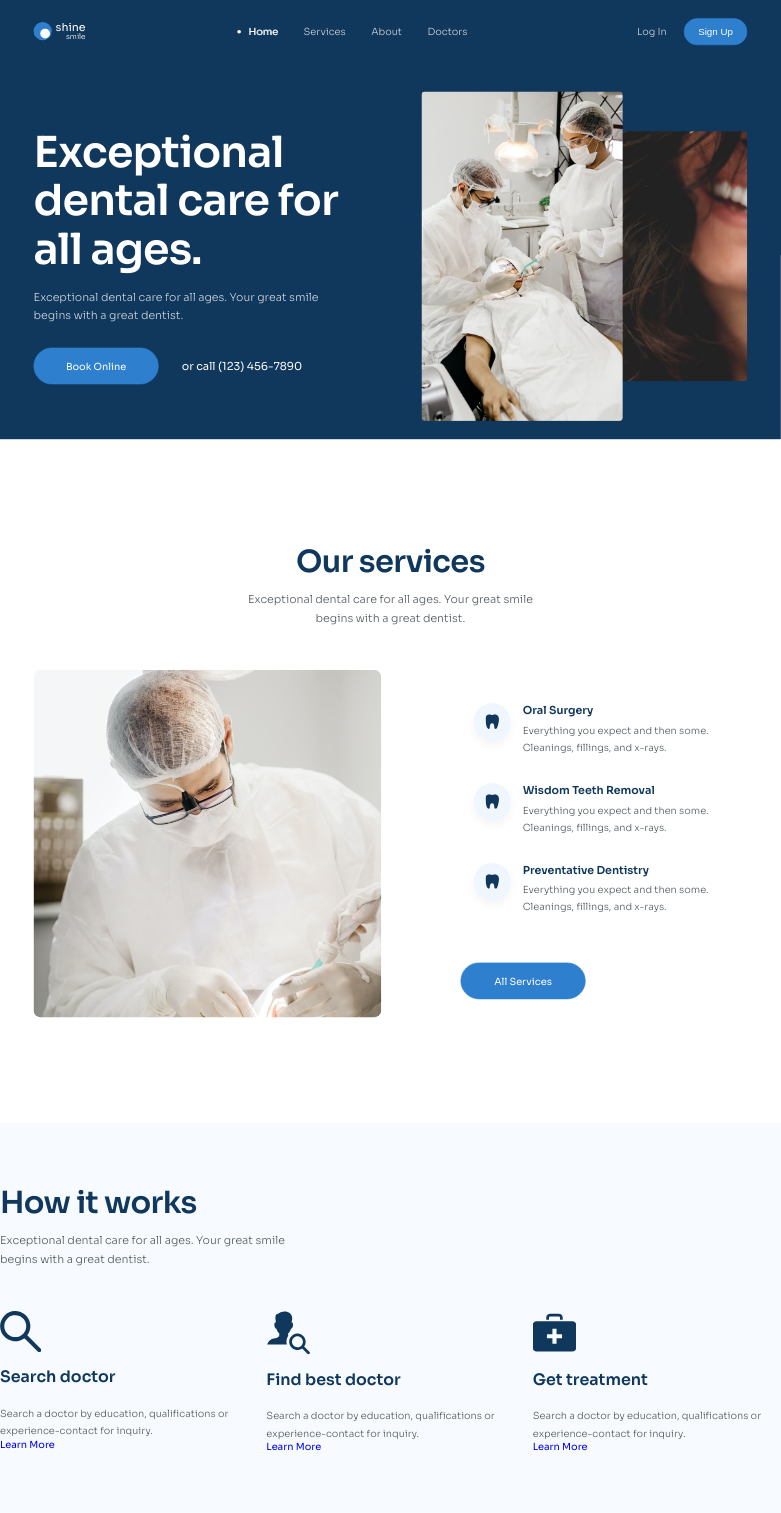
Repository: anhtien111198/f8-htmlcss-03
Page: index.html
The author's editor kept a copy of each file at every save. The page is drawn from the files as they stood at one save, then again after the next save.
The browser window is 1280 px wide. The pictures show the whole page, at 61% of full size.

Above is the page before, as saved 2023-05-13 14:30:09.

### index.html
<!DOCTYPE html>
<html lang="en">
    <head>
        <meta charset="UTF-8" />
        <meta http-equiv="X-UA-Compatible" content="IE=edge" />
        <meta name="viewport" content="width=device-width, initial-scale=1.0" />
        <title>shine smile</title>
        <!-- favicon -->
        <link
            rel="apple-touch-icon"
            sizes="57x57"
            href="./assets/favicon/apple-icon-57x57.png"
        />
        <link
            rel="apple-touch-icon"
            sizes="60x60"
            href="./assets/favicon/apple-icon-60x60.png"
        />
        <link
            rel="apple-touch-icon"
            sizes="72x72"
            href="./assets/favicon/apple-icon-72x72.png"
        />
        <link
            rel="apple-touch-icon"
            sizes="76x76"
            href="./assets/favicon/apple-icon-76x76.png"
        />
        <link
            rel="apple-touch-icon"
            sizes="114x114"
            href="./assets/favicon/apple-icon-114x114.png"
        />
        <link
            rel="apple-touch-icon"
            sizes="120x120"
            href="./assets/favicon/apple-icon-120x120.png"
        />
        <link
            rel="apple-touch-icon"
            sizes="144x144"
            href="./assets/favicon/apple-icon-144x144.png"
        />
        <link
            rel="apple-touch-icon"
            sizes="152x152"
            href="./assets/favicon/apple-icon-152x152.png"
        />
        <link
            rel="apple-touch-icon"
            sizes="180x180"
            href="./assets/favicon/apple-icon-180x180.png"
        />
        <link
            rel="icon"
            type="image/png"
            sizes="192x192"
            href="./assets/favicon/android-icon-192x192.png"
        />
        <link
            rel="icon"
            type="image/png"
            sizes="32x32"
            href="./assets/favicon/favicon-32x32.png"
        />
        <link
            rel="icon"
            type="image/png"
            sizes="96x96"
            href="./assets/favicon/favicon-96x96.png"
        />
        <link
            rel="icon"
            type="image/png"
            sizes="16x16"
            href="./assets/favicon/favicon-16x16.png"
        />
        <link rel="manifest" href="./assets/favicon/manifest.json" />
        <meta name="msapplication-TileColor" content="#ffffff" />
        <meta
            name="msapplication-TileImage"
            content="./assets/favicon/ms-icon-144x144.png"
        />
        <meta name="theme-color" content="#ffffff" />
        <!-- font -->
        <link rel="preconnect" href="https://fonts.googleapis.com" />
        <link rel="preconnect" href="https://fonts.gstatic.com" crossorigin />
        <link
            href="https://fonts.googleapis.com/css2?family=Sora:wght@200;300;400;500;600;700;800&display=swap"
            rel="stylesheet"
        />
        <!-- reset css -->
        <link rel="stylesheet" href="./assets/css/reset.css" />
        <!-- style css -->
        <link rel="stylesheet" href="./assets/css/style.css" />
    </head>
    <body>
        <!-- header -->
        <header class="header">
            <div class="container">
                <!-- header top -->
                <div class="header-top">
                    <!-- logo -->
                    <a href="/">
                        <div class="logo">
                            <span class="logo__circle"></span>
                            <span class="logo__text">
                                <span class="logo__brand">shine</span>
                                <span class="logo__brand logo__brand--small">
                                    smile
                                </span>
                            </span>
                        </div>
                    </a>
                    <!-- navbar -->
                    <nav class="navbar">
                        <ul class="navbar__list">
                            <li class="navbar__item">
                                <a
                                    href="#!"
                                    class="navbar__link navbar__link--active"
                                >
                                    Home
                                </a>
                            </li>
                            <li class="navbar__item">
                                <a href="#!" class="navbar__link">Services</a>
                            </li>
                            <li class="navbar__item">
                                <a href="#!" class="navbar__link">About</a>
                            </li>
                            <li class="navbar__item">
                                <a href="#!" class="navbar__link">Doctors</a>
                            </li>
                        </ul>
                    </nav>
                    <!-- action -->
                    <div class="header-action">
                        <a href="#!" class="header-action__login">Log In</a>
                        <button href="#!" class="btn header-action__signup">
                            Sign Up
                        </button>
                    </div>
                </div>
                <!-- Hero -->
                <section class="hero">
                    <!-- hero content -->
                    <section class="hero__content">
                        <h1 class="hero__heading">
                            Exceptional dental care for all ages.
                        </h1>
                        <p class="hero__desc">
                            Exceptional dental care for all ages. Your great
                            smile begins with a great dentist.
                        </p>
                        <div class="hero__row">
                            <a href="" class="btn">Book Online</a>
                            <span class="hero__phone"
                                >or call (123) 456-7890</span
                            >
                        </div>
                    </section>
                    <!-- hero media -->
                    <div class="hero__media">
                        <figure class="hero__images">
                            <img
                                src="./assets/image/hero-01jpg.jpg"
                                alt=""
                                class="hero__img"
                            />
                            <img
                                src="./assets/image/hero-02.jpg"
                                alt=""
                                class="hero__img"
                            />
                        </figure>
                    </div>
                </section>
            </div>
        </header>
        <main style="height: 5000">
            <!-- service -->
            <section class="service">
                <div class="container">
                    <h2 class="service__heading section-heading">
                        Our services
                    </h2>
                    <p class="service__desc section-desc">
                        Exceptional dental care for all ages. Your great smile
                        begins with a great dentist.
                    </p>
                    <div class="service__row">
                        <figure class="service__images">
                            <img
                                src="./assets/image/service-1.jpg"
                                alt=""
                                class="service__img"
                            />
                        </figure>
                        <div>
                            <div class="service__list">
                                <!-- service item 1 -->
                                <section class="service-item">
                                    <div class="service-item__icon">
                                        <svg
                                            width="22"
                                            height="24"
                                            viewBox="0 0 22 24"
                                            fill="none"
                                            xmlns="http://www.w3.org/2000/svg"
                                        >
                                            <path
                                                d="M20.3598 2.63964C17.9506 -0.556131 14.2772 -0.568132 11.2481 1.10682C11.001 1.24657 10.7219 1.31411 10.4406 1.30222C10.1592 1.29033 9.88633 1.19945 9.65105 1.03931C8.49552 0.245717 7.29036 -0.316477 5.13904 0.207462C0.623408 1.3071 0 4.90379 0 8.99816C0.0797353 12.1602 0.500857 15.3032 1.25551 18.3683C2.11836 22.0168 3.90382 24 5.43354 24C6.96326 24 7.00963 22.2204 7.00963 20.8016C7.00963 19.2009 7.39505 14.8009 10.8642 14.8009C13.5317 14.8009 14.3333 18.4013 14.3333 20.8016C14.3329 23.095 15.1722 24 16.6628 24C19.5267 24 20.9796 15.3938 21.3719 13.1237C21.7642 10.8535 22.9882 6.12569 20.3598 2.63964Z"
                                                fill="currentColor"
                                            />
                                        </svg>
                                    </div>
                                    <div class="service-item__body">
                                        <h3 class="service-item__heading">
                                            Oral Surgery
                                        </h3>
                                        <p class="service-item__desc">
                                            Everything you expect and then some.
                                            Cleanings, fillings, and x-rays.
                                        </p>
                                    </div>
                                </section>
                                <!-- service item 2 -->
                                <section class="service-item">
                                    <div class="service-item__icon">
                                        <svg
                                            width="22"
                                            height="24"
                                            viewBox="0 0 22 24"
                                            fill="none"
                                            xmlns="http://www.w3.org/2000/svg"
                                        >
                                            <path
                                                d="M20.3598 2.63964C17.9506 -0.556131 14.2772 -0.568132 11.2481 1.10682C11.001 1.24657 10.7219 1.31411 10.4406 1.30222C10.1592 1.29033 9.88633 1.19945 9.65105 1.03931C8.49552 0.245717 7.29036 -0.316477 5.13904 0.207462C0.623408 1.3071 0 4.90379 0 8.99816C0.0797353 12.1602 0.500857 15.3032 1.25551 18.3683C2.11836 22.0168 3.90382 24 5.43354 24C6.96326 24 7.00963 22.2204 7.00963 20.8016C7.00963 19.2009 7.39505 14.8009 10.8642 14.8009C13.5317 14.8009 14.3333 18.4013 14.3333 20.8016C14.3329 23.095 15.1722 24 16.6628 24C19.5267 24 20.9796 15.3938 21.3719 13.1237C21.7642 10.8535 22.9882 6.12569 20.3598 2.63964Z"
                                                fill="currentColor"
                                            />
                                        </svg>
                                    </div>
                                    <div class="service-item__body">
                                        <h3 class="service-item__heading">
                                            Wisdom Teeth Removal
                                        </h3>
                                        <p class="service-item__desc">
                                            Everything you expect and then some.
                                            Cleanings, fillings, and x-rays.
                                        </p>
                                    </div>
                                </section>
                                <!-- service item 3 -->
                                <section class="service-item">
                                    <div class="service-item__icon">
                                        <svg
                                            width="22"
                                            height="24"
                                            viewBox="0 0 22 24"
                                            fill="none"
                                            xmlns="http://www.w3.org/2000/svg"
                                        >
                                            <path
                                                d="M20.3598 2.63964C17.9506 -0.556131 14.2772 -0.568132 11.2481 1.10682C11.001 1.24657 10.7219 1.31411 10.4406 1.30222C10.1592 1.29033 9.88633 1.19945 9.65105 1.03931C8.49552 0.245717 7.29036 -0.316477 5.13904 0.207462C0.623408 1.3071 0 4.90379 0 8.99816C0.0797353 12.1602 0.500857 15.3032 1.25551 18.3683C2.11836 22.0168 3.90382 24 5.43354 24C6.96326 24 7.00963 22.2204 7.00963 20.8016C7.00963 19.2009 7.39505 14.8009 10.8642 14.8009C13.5317 14.8009 14.3333 18.4013 14.3333 20.8016C14.3329 23.095 15.1722 24 16.6628 24C19.5267 24 20.9796 15.3938 21.3719 13.1237C21.7642 10.8535 22.9882 6.12569 20.3598 2.63964Z"
                                                fill="currentColor"
                                            />
                                        </svg>
                                    </div>
                                    <div class="service-item__body">
                                        <h3 class="service-item__heading">
                                            Preventative Dentistry
                                        </h3>
                                        <p class="service-item__desc">
                                            Everything you expect and then some.
                                            Cleanings, fillings, and x-rays.
                                        </p>
                                    </div>
                                </section>
                            </div>
                            <a href="#!" class="btn">All Services</a>
                        </div>
                    </div>
                </div>
            </section>
            <!-- how its works -->
            <section class="work">
                <h2 class="section-heading">How it works</h2>
                <p class="section-desc work__desc">
                    Exceptional dental care for all ages. Your great smile
                    begins with a great dentist.
                </p>
                <div class="work__list">
                    <!-- work item 1 -->
                    <div class="work-item">
                        <img
                            src="./assets/icons/search.svg"
                            alt=""
                            class="work-item__icon"
                        />
                        <h3 class="work-item__heading">Search doctor</h3>
                        <p class="work-item__desc">
                            Search a doctor by education, qualifications or
                            experience-contact for inquiry.
                        </p>
                        <a href="#!" class="work__more">Learn More</a>
                    </div>
                    <!-- work item 2 -->
                    <div class="work-item">
                        <img
                            src="./assets/icons/search-user.svg"
                            alt=""
                            class="work-item__icon"
                        />
                        <h3 class="work-item__heading">Find best doctor</h3>
                        <p class="work-item__desc">
                            Search a doctor by education, qualifications or
                            experience-contact for inquiry.
                        </p>
                        <a href="#!" class="work__more">Learn More</a>
                    </div>
                    <!-- work item 3 -->
                    <div class="work-item">
                        <img
                            src="./assets/icons/bag.svg"
                            alt=""
                            class="work-item__icon"
                        />
                        <h3 class="work-item__heading">Get treatment</h3>
                        <p class="work-item__desc">
                            Search a doctor by education, qualifications or
                            experience-contact for inquiry.
                        </p>
                        <a href="#!" class="work__more">Learn More</a>
                    </div>
                </div>
            </section>
        </main>
    </body>
</html>

### assets/css/style.css
* {
    box-sizing: border-box;
}
:root {
    --header-bg: #10375c;
}
html {
    font-size: 62.5%;
}
body {
    font-size: 1.6rem;
    font-family: "Sora", sans-serif;
}
/* ======Common========= */
a {
    text-decoration: none;
}
.container {
    width: 1170px;
    max-width: calc(100% - 48px);
    margin: 0 auto;
}
.btn {
    --height: 60px;
    display: inline-block;
    min-width: 205px;
    height: var(--height);
    padding: 0 20px;
    border-radius: 99px;
    border: 1px solid #2e80ce;
    font-size: 1.6rem;
    font-weight: 400;
    line-height: var(--height);
    color: #fff;
    text-align: center;
    background: #2e80ce;
}
.btn:hover {
    opacity: 0.9;
    cursor: pointer;
}
.section-heading {
    font-weight: 600;
    font-size: 5rem;
    line-height: 1.2;
    letter-spacing: -0.02em;
    color: #10375c;
}
.section-desc {
    margin-top: 18px;
    font-weight: 300;
    font-size: 1.8rem;
    line-height: 1.67;
    color: #575f66;
}
/* ========header============= */
.header {
    min-height: 100vh;
    padding-top: 30px;
    background: var(--header-bg);
}
.logo {
    position: relative;
    display: inline-flex;
    font-size: 1rem;
}
.logo__circle::after,
.logo__circle::before {
    content: "";
    display: inline-block;
    border-radius: 50%;
}
.logo__circle::before {
    width: 3em;
    height: 3em;
    background: #2e80ce;
}
.logo__circle::after {
    position: absolute;
    top: 1.1em;
    left: 1.1em;
    width: 1.6em;
    height: 1.6em;
    background: #ffffff;
}
.logo__text {
    margin-left: 0.6em;
    text-align: right;
    line-height: 1.6em;
}
.logo__brand {
    display: block;
    font-size: 1.8em;
    font-weight: 400;
    color: #ffffff;
}
.logo__brand--small {
    font-size: 1.2em;
    font-weight: 300;
}
/* ========Header top========== */
.header-top {
    display: flex;
    align-items: center;
    justify-content: space-between;
}
.navbar__list {
    display: flex;
}
.header-action__login,
.navbar__link {
    padding: 4px 21px;
    font-weight: 300;
    font-size: 1.6rem;
    color: #c9d2da;
}
.navbar__link:hover,
.navbar__link--active {
    color: #fff;
    text-shadow: 1px 0 0 currentColor;
}
.navbar__link--active::before {
    position: relative;
    top: -2px;
    left: -8px;
    content: "";
    display: inline-block;
    width: 6px;
    height: 6px;
    border-radius: 50%;
    background: #fff;
}
.header-action {
    display: flex;
    align-items: center;
}
.header-action__login {
    margin-right: 7px;
}
.header-action__signup {
    --height: 44px;
    min-width: 104px;
}
/* ========hero=========== */
.hero {
    display: flex;
    align-items: center;
    margin-top: 76px;
}
.hero__content {
    flex-shrink: 0;
    width: 44%;
}
.hero__media {
    flex-grow: 1;
}
.hero__heading {
    font-weight: 600;
    font-size: 7rem;
    line-height: 1.14;
    letter-spacing: -0.02em;
    color: #ffffff;
}
.hero__desc {
    margin-top: 22px;
    font-weight: 300;
    font-size: 1.8rem;
    line-height: 1.67;
    color: #c9d2da;
}
.hero__row {
    display: flex;
    align-items: center;
    margin-top: 38px;
}
.hero__phone {
    margin-left: 38px;
    font-weight: 400;
    font-size: 1.8rem;
    line-height: 1.67;
    color: #ffffff;
}
.hero__images {
    display: flex;
    align-items: center;
    justify-content: flex-end;
}
.hero__img {
    width: 330px;
    height: 540px;
    border-radius: 6px;
    object-fit: cover;
}
.hero__img:first-child {
    position: relative;
    margin-right: -6px;
}
.hero__img:last-child {
    width: 210px;
    height: 410px;
}
/* ========service=========== */
.service {
    padding: 170px 0;
}
.service__heading,
.service__desc {
    text-align: center;
}
.service__desc {
    width: 468px;
    margin-left: auto;
    margin-right: auto;
}
.service__row {
    display: flex;
    align-items: center;
    justify-content: space-between;
    margin-top: 70px;
}
.service__img {
    width: 570px;
    height: 570px;
    border-radius: 12px;
    object-fit: cover;
}
.service__list {
    margin-bottom: 55px;
}
/* =====service item========= */
.service-item {
    display: flex;
    width: 470px;
    padding: 22px;
    background: #ffffff;
    border-radius: 10px;
    transition: 0.25s;
}
.service-item:hover {
    position: relative;
    box-shadow: 0px 14px 28px rgba(0, 0, 0, 0.05);
}
.service-item:hover .service-item__icon {
    background: #2e80ce;
    color: #fff;
}
.service-item__icon {
    display: flex;
    align-items: center;
    justify-content: center;
    flex-shrink: 0;
    width: 60px;
    height: 60px;
    border-radius: 50%;
    color: #10375c;
    background: #eff6fd;
    box-shadow: 0px 8px 16px rgba(0, 0, 0, 0.05);
    transition: 0.25s;
}
.service-item__body {
    margin-left: 20px;
}
.service-item__heading {
    font-weight: 600;
    font-size: 1.8rem;
    line-height: 1.27;
    color: #10375c;
}
.service-item__desc {
    margin-top: 8px;
    font-weight: 300;
    font-size: 1.6rem;
    line-height: 1.75;
    color: #575f66;
}
/* ========work======= */
.work {
    padding: 100px 0;
    background: #f7fbff;
}
.work__desc {
    width: 468px;
}
.work__list {
    display: grid;
    grid-template-columns: repeat(3, 1fr);
    column-gap: 30px;
    margin-top: 70px;
}
.work-item__heading {
    margin-top: 20px;
    font-weight: 600;
    font-size: 2.6rem;
    line-height: 1.38;
    color: #10375c;
}
.work-item__desc {
    margin-top: 28px;
    font-weight: 300;
    font-size: 1.6rem;
    line-height: 1.75;
    color: #575f66;
}

Loaded but not shown: assets/css/reset.css (common file)

After the next save:
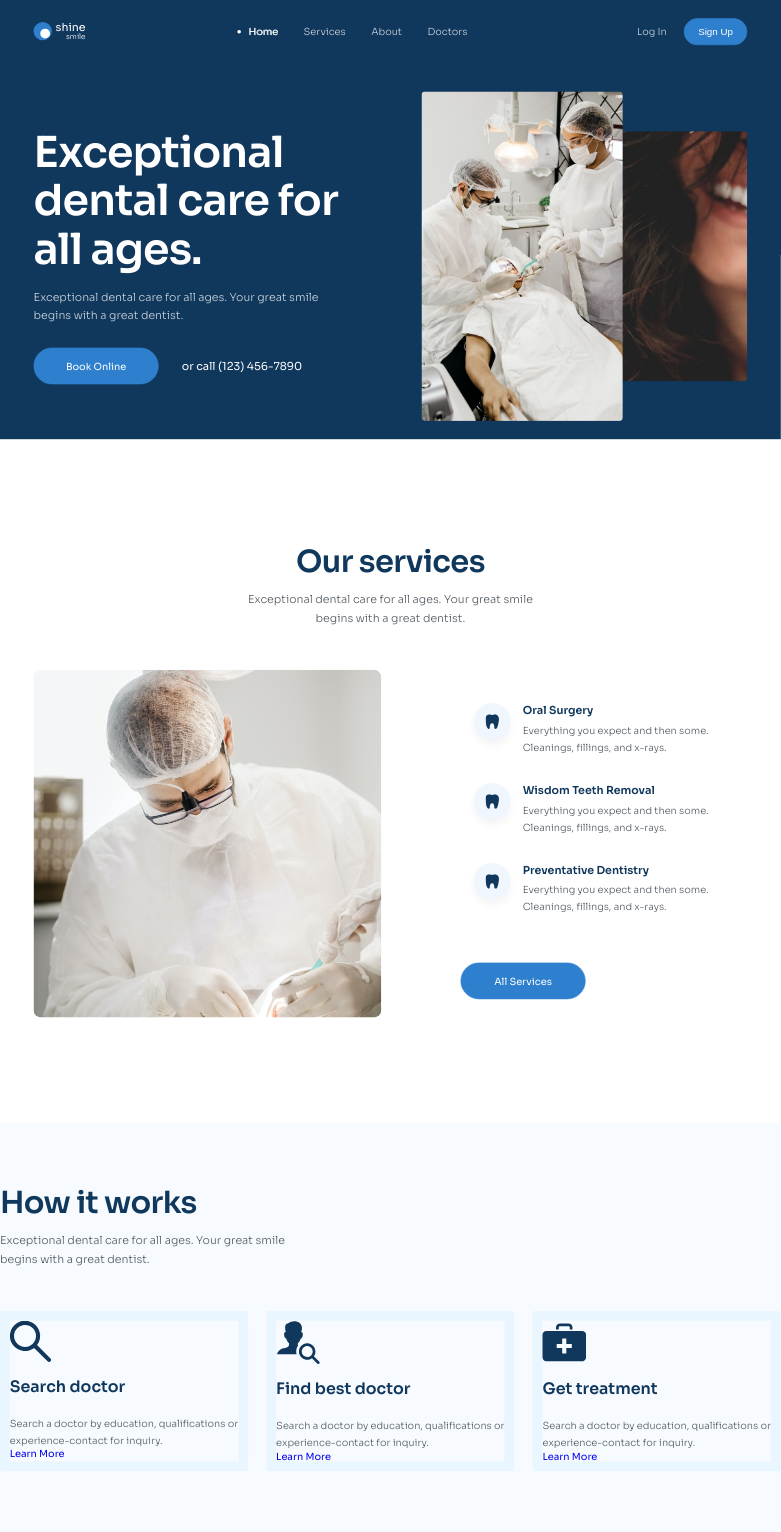
Saved 2 min 34 s later.
--- a/assets/css/style.css
+++ b/assets/css/style.css
@@ -287,6 +287,10 @@ a {
     column-gap: 30px;
     margin-top: 70px;
 }
+.work-item {
+    border: 16px solid #eaf6ff;
+    border-radius: 4px;
+}
 .work-item__heading {
     margin-top: 20px;
     font-weight: 600;
